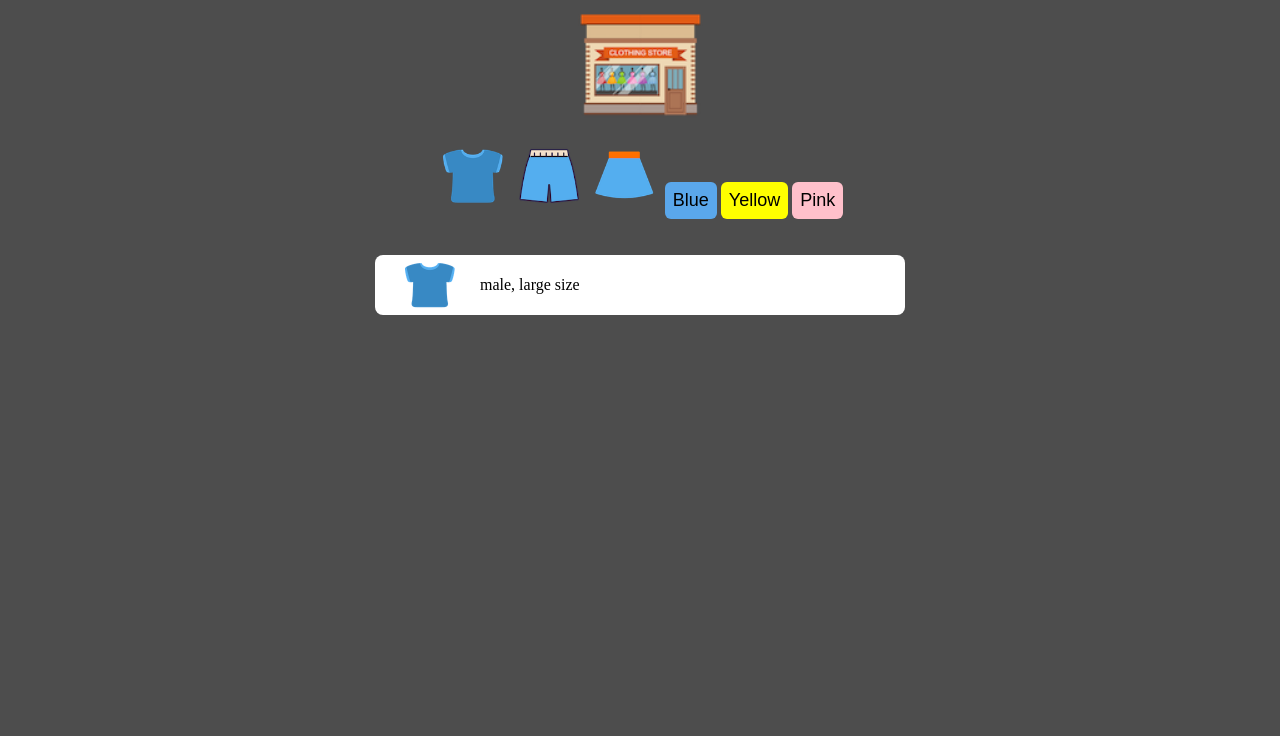
Repository: keehoonjung/Shoppingmall-Game
Page: index.html
The author's editor kept a copy of each file at every save. The page is drawn from the files as they stood at one save, then again after the next save.
The browser window is 1280 px wide. The pictures show the whole page.

Above is the page before, as saved 2021-08-12 19:28:14.
Console error: TypeError: Cannot read properties of null (reading 'addEventListener')

### index.html
<!DOCTYPE html>
<html lang="en">
<head>
    <meta charset="UTF-8">
    <meta http-equiv="X-UA-Compatible" content="IE=edge">
    <meta name="viewport" content="width=device-width, initial-scale=1.0">
    <title>Shoppingamll Game</title>
    <link rel="stylesheet" href="style.css">
    <script src="main.js" defer></script>
</head>
<body>
    <header class="header">
        <img src="./imgs/logo.png" alt="header" class="header__logo">
    </header>
    <section class="buttons type">
        <button class="button">
            <img src="./imgs/blue_t.png" alt="shirt" class="button__img">
        </button>
        <button class="button type">
            <img src="./imgs/blue_p.png" alt="pants" class="button__img">
        </button>
        <button class="button type">
            <img src="./imgs/blue_s.png" alt="" class="button__img">
        </button>
        <button class="button color blue">
            Blue
        </button>
        <button class="button color yellow">
            Yellow
        </button>
        <button class="button color pink">
            Pink
        </button>
    </section>
    <ul class="items">
        <li class="item" data-type="shirt" data-color="blue">
            <img src="./imgs/blue_t.png" alt="blueshirt" class="item__thumbnail">
            <span class="item__description">male, large size</span>
        </li>
    </ul>
</body>
</html>

### style.css
:root {
  /* color */
  --color-white: #ffffff;
  --color-dark-grey: #4d4d4d;
  --color-blue: #73aace;
  --color-orange: #feb546;
  --color-pink: #fd7bcc;

  /* size */
  --button-img-size: 60px;

  /* fontsize */
  --font-size: 18px;

  /* animatione */
  --animation-duration: 300ms;

  /* basic space */
  --basic-space: 8px;

  /* border */
  --border-size: 6px;
}

body {
  background-color: var(--color-dark-grey);
  display: flex;
  flex-direction: column;
  justify-content: center;
  text-align: center;
  height: 100vh;
}

.buttons {
  padding: var(--basic-space);
}

.button {
  outline: none;
  border: none;
  background-color: transparent;
  border-radius: var(--border-size);
  cursor: pointer;
  transition: transform var(--animation-duration) ease-in;
}

.button:hover {
  transform: scale(1.1);
}

.button__img {
  width: var(--button-img-size);
}

.color {
  font-size: var(--font-size);
  padding: var(--basic-space);
}

.header__logo {
  width: 125px;
  cursor: pointer;
  transition: transform 300ms ease-in;
}

.header__logo:hover {
  transform: scale(1.1);
}

.filter {
  display: flex;
  justify-content: center;
  margin: 0;
  padding: 0;
  padding-left: 60px;
}

.filter__btn {
  padding-right: 24px;
}

.filter__btn img {
  height: 50px;
  cursor: pointer;
  transition: transform 300ms ease-in;
}

.filter__btn img:hover {
  transform: scale(1.1);
}

.blue {
  background-color: rgb(90, 167, 235);
}

.yellow {
  background-color: yellow;
}

.pink {
  background-color: pink;
}

.items {
  padding: 0;
  overflow-y: auto;
  height: 500px;
}

.item {
  background-color: white;
  margin-bottom: 12px;
  width: 500px;
  height: 60px;
  margin: 12px auto;
  border-radius: 8px;
  display: flex;
  align-items: center;
  padding-left: 30px;
}

.item.visible {
  display: flex;
}

.item img {
  height: 50px;
}

.item span {
  margin-left: 25px;
}

### main.js
"use strict";

const navi = document.querySelector(".filter");
const itemList = document.querySelector(".items");
const allItem = Array.from(document.querySelectorAll(".item"));
const headerLogo = document.querySelector(".header__logo");

headerLogo.addEventListener("click", () => {
  createAll();
});

navi.addEventListener("click", (evnet) => {
  const tag = event.target.tagName;
  const targetName = event.target.classList.value;
  if (tag == "IMG") {
    const items = allItem.filter((item) => item.dataset.type == targetName);
    deleteAll();
    items.forEach((item) => {
      item.classList.add("visible");
    });
  } else if (tag == "BUTTON") {
    const items = allItem.filter((item) => item.dataset.color == targetName);
    deleteAll();
    items.forEach((item) => {
      item.classList.add("visible");
    });
  }
});

function deleteAll() {
  allItem.forEach((item) => {
    item.classList.remove("visible");
  });
}

function createAll() {
  allItem.forEach((item) => {
    item.classList.add("visible");
  });
}

After the next save:
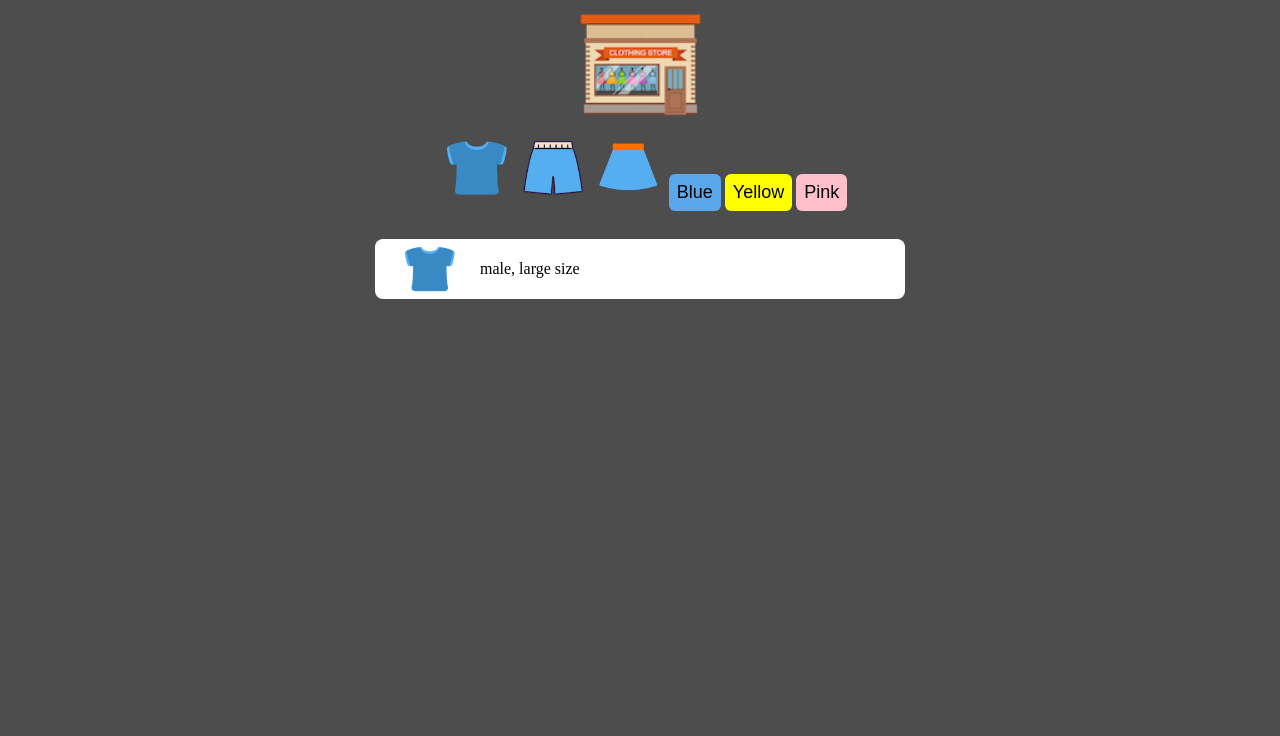
Saved 8 s later.
--- a/style.css
+++ b/style.css
@@ -32,7 +32,7 @@ body {
 }
 
 .buttons {
-  padding: var(--basic-space);
+  padding-left: var(--basic-space);
 }
 
 .button {
